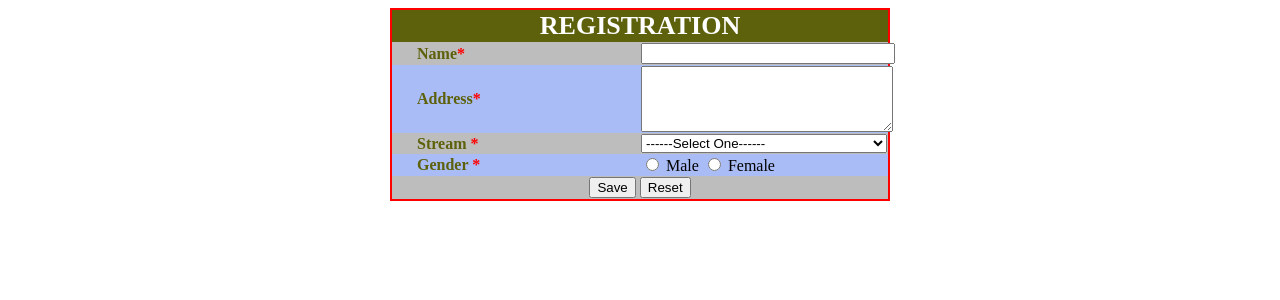
Repository: nsbgit/JavaTutorial
Page: http://localhost/Proj/
These files come from the project's save history. The page is drawn as it stood at one moment and after the next save; the edit follows.
The browser window is 1280 px wide. The pictures show the whole page.
The page is served by Tomcat 9.

Above is the page before, as saved 2013-09-29 08:46:44.

After the next save:
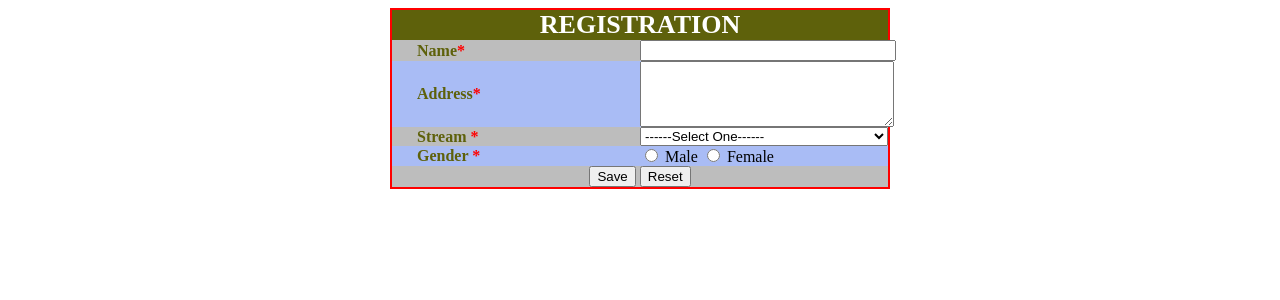
Saved 94 s later.
--- a/Webel/IDE/2013-09-29/TheSukanta/Proj/WebContent/first.jsp
+++ b/Webel/IDE/2013-09-29/TheSukanta/Proj/WebContent/first.jsp
@@ -27,7 +27,7 @@
 </style>
 </head>
 <body>
-	<table width="500px" align="center" class="tab" border="0" cellspacing="0">
+	<table width="500px" align="center" class="tab" border="0" cellpadding="0" cellspacing="0">
 		<tr>
 			<td align="center" colspan="2" class="hd"> REGISTRATION  </td>
 		</tr>
